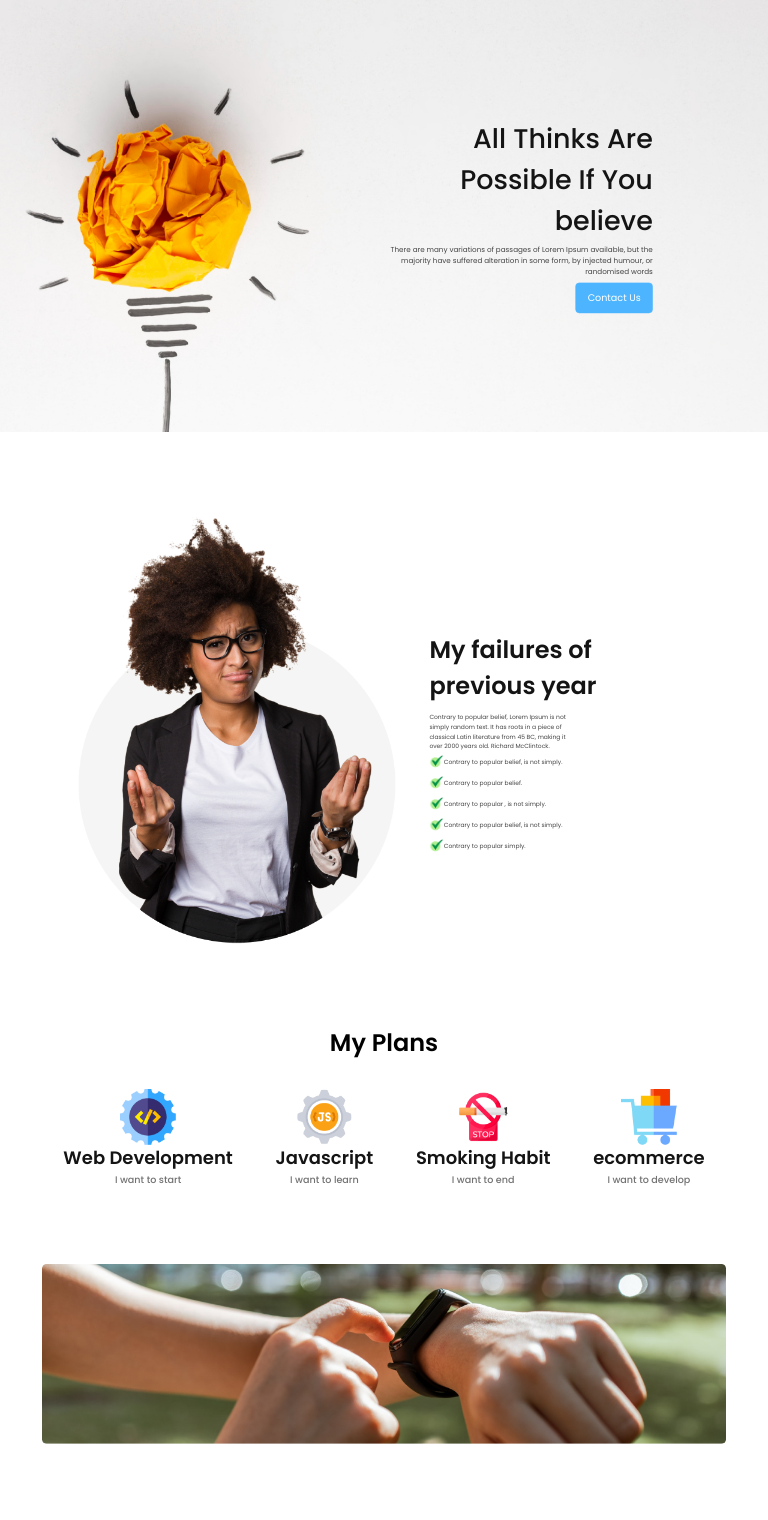
Repository: mdrubel02/new-year-new-mission
Page: index.html
The author's editor kept a copy of each file at every save. The page is drawn from the files as they stood at one save, then again after the next save.
The browser window is 1280 px wide. The pictures show the whole page, at 60% of full size.

Above is the page before, as saved 2023-01-06 23:50:58.

After the next save:
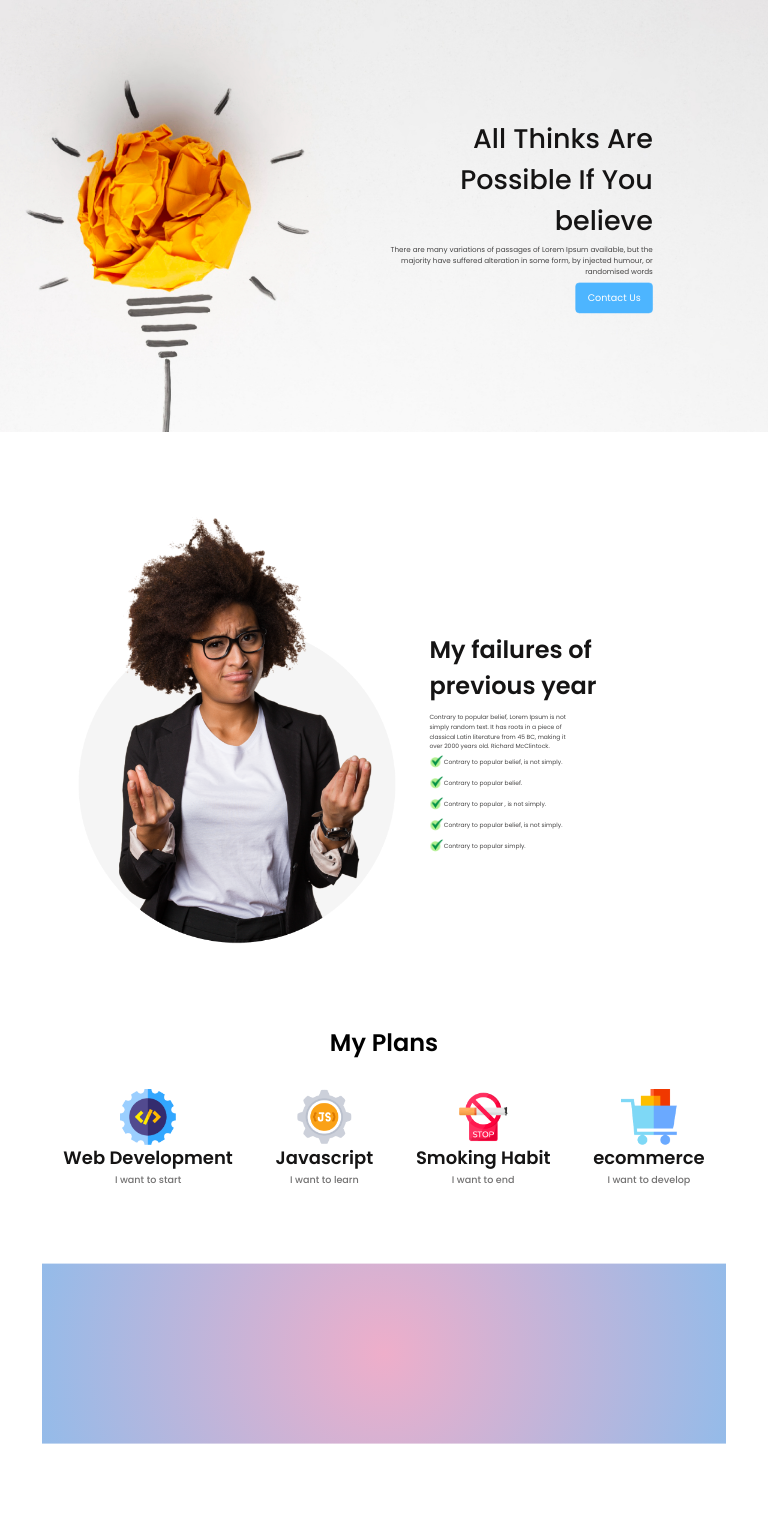
Saved 2 min 30 s later.
--- a/index.css
+++ b/index.css
@@ -15,7 +15,12 @@ body {
     font-family: 'Poppins', sans-serif;
 }
 
-h1,h2,h3,h4,h5,h6 {
+h1,
+h2,
+h3,
+h4,
+h5,
+h6 {
     font-weight: 500;
 }
 
@@ -60,7 +65,7 @@ a:hover {
 }
 
 /* ========= Banner section ============== */
-.banner_section{
+.banner_section {
     background-image: url(/images/banner/banner1.png);
     background-repeat: no-repeat;
     background-size: cover;
@@ -75,22 +80,25 @@ a:hover {
     align-items: flex-end;
     text-align: center;
 }
-.banner{
+
+.banner {
     width: 35%;
-   margin-top: -0%;
-   position: absolute;
-   right: 15%;
-   display: flex;
-   flex-direction: column;
-   justify-content: end;
-   align-items: flex-end;
+    margin-top: -0%;
+    position: absolute;
+    right: 15%;
+    display: flex;
+    flex-direction: column;
+    justify-content: end;
+    align-items: flex-end;
 }
-.banner h1{
+
+.banner h1 {
     font-size: 45px;
     color: #151414;
     text-align: end;
 }
-.banner p{
+
+.banner p {
     color: #444343;
     font-size: 12px;
     text-align: end;
@@ -100,66 +108,77 @@ a:hover {
 
 
 /* =========== experience section ================== */
-.experience_section{
+.experience_section {
     display: flex;
     justify-content: space-evenly;
     align-items: center;
 }
-.experience_right{
+
+.experience_right {
     width: 40%;
     margin-top: 5%;
 }
-.experience_right h1{
+
+.experience_right h1 {
     font-weight: 700;
     font-size: 40px;
     padding-bottom: 10px;
     color: #151414;
 }
-.experience_right p{
+
+.experience_right p {
     width: 50%;
     font-size: 10px;
     color: #444343;
     padding-top: 5px;
     padding-bottom: 5px;
 }
-.experience-item{
+
+.experience-item {
     display: flex;
     padding-bottom: 4px;
 }
-.experience-item span img{
+
+.experience-item span img {
     height: 24px;
     width: 24px;
 }
+
 /* ================= my plans section================ */
-.title{
+.title {
     text-align: center;
     font-size: 40px;
     font-weight: 700;
     margin-bottom: 3rem;
 }
-.my_plans_section{
+
+.my_plans_section {
     display: flex;
     justify-content: space-around;
     align-items: center;
 }
-.my_plans_items{
+
+.my_plans_items {
     display: flex;
     flex-direction: column;
     justify-content: center;
     align-items: center;
 }
-.my_plans_items h2{
+
+.my_plans_items h2 {
     font-size: 30px;
     font-weight: 700;
     color: #151414;
 }
-.my_plans_items p{
+
+.my_plans_items p {
     font-weight: 500;
     font-size: 16px;
     color: #737272;
 }
+
 /* ============= activity section========= */
-.activity_section{
+.activity_section {
     background-image: url(/images/watch.png);
     background-repeat: no-repeat;
     background-size: cover;
@@ -173,4 +192,6 @@ a:hover {
     justify-content: center;
     align-items: flex-end;
     text-align: center;
+    background: rgb(238, 174, 202);
+    background: radial-gradient(circle, rgba(238, 174, 202, 1) 0%, rgba(148, 187, 233, 1) 100%);
 }
